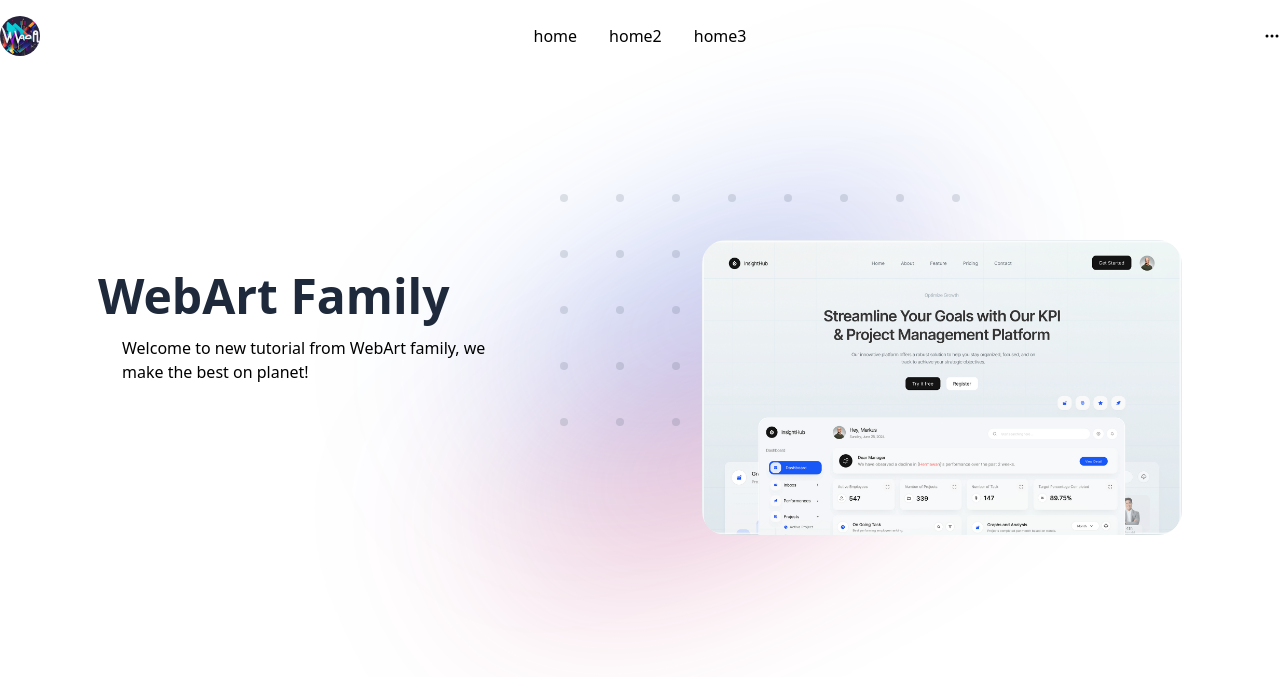
Repository: 30namp/youtube-web-art-code
Page: stunning landing page 1/index.html
The author's editor kept a copy of each file at every save. The page is drawn from the files as they stood at one save, then again after the next save.
The browser window is 1280 px wide. The pictures show the whole page.

Above is the page before, as saved 2024-09-26 21:09:31.

After the next save:
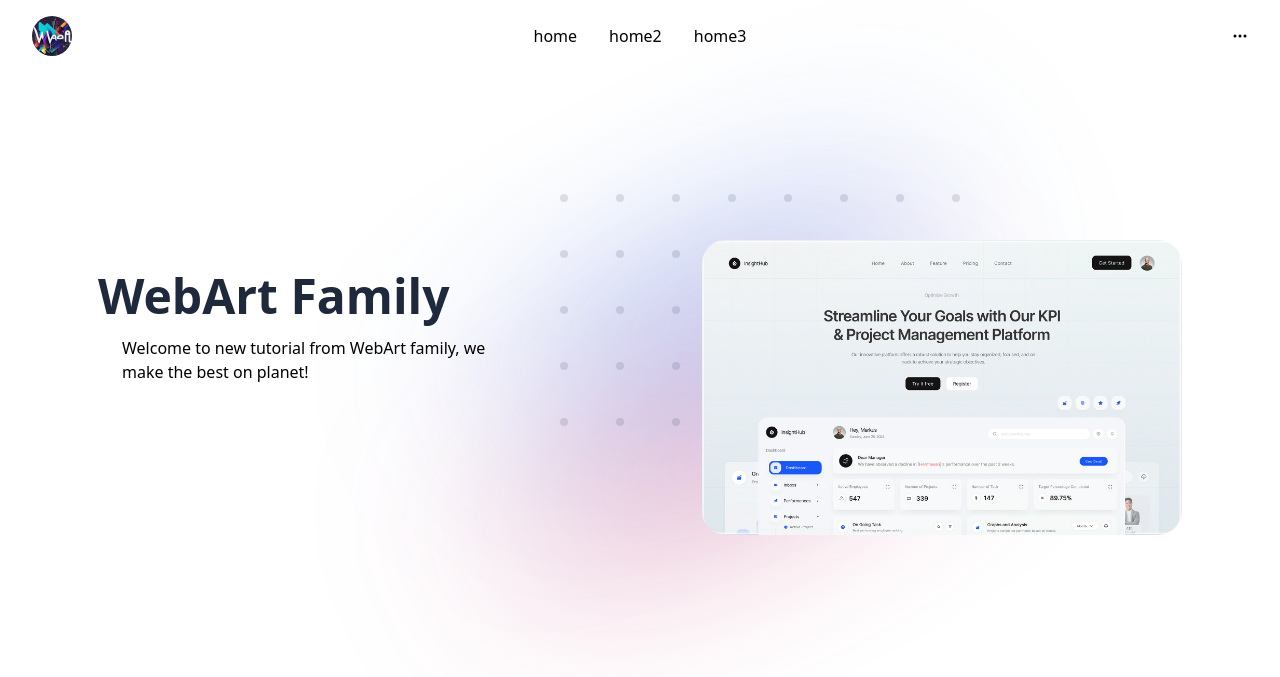
Saved 16 s later.
--- a/stunning landing page 1/index.html
+++ b/stunning landing page 1/index.html
@@ -62,7 +62,7 @@
     <nav
       class="absolute top-0 left-0 right-0 flex justify-center items-center py-6 px-8"
     >
-      <a href="/" class="absolute left-0">
+      <a href="/" class="absolute left-0 px-8">
         <img class="size-10 rounded-full" src="./assets/img/logo.jpg" alt="" />
       </a>
 
@@ -72,7 +72,7 @@
         <a href="#">home3</a>
       </div>
 
-      <button class="absolute right-0">
+      <button class="absolute right-0 px-8">
         <svg
           xmlns="http://www.w3.org/2000/svg"
           width="16"
